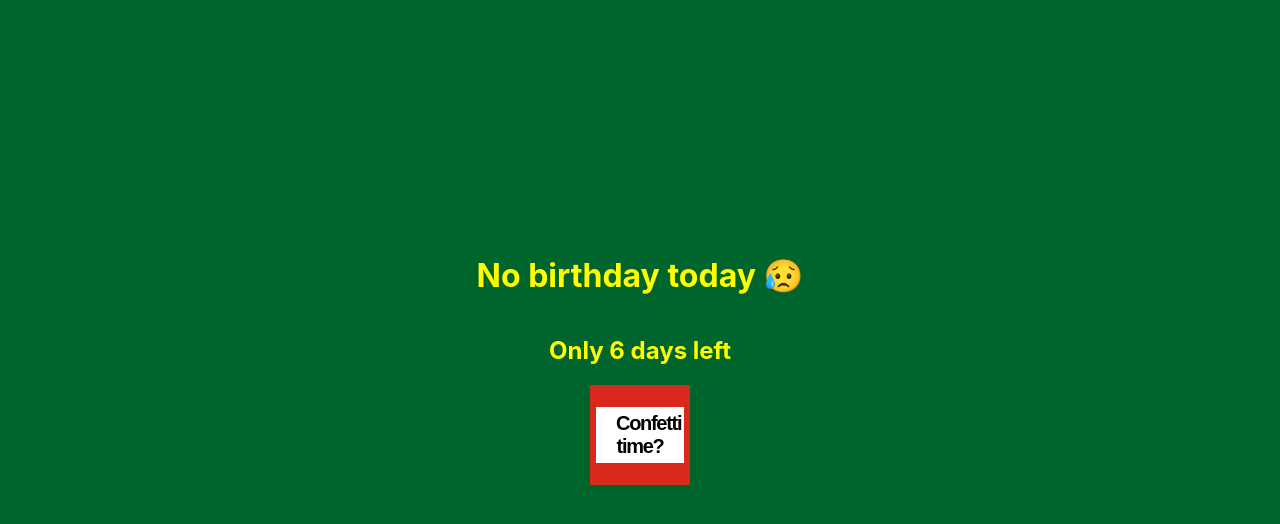
Repository: David-Waite/HannahsBirthdayWebsite
Page: /
An editor plug-in stored every save of this project. The page is shown before and after the next save, followed by the edit.
The browser window is 1280 px wide. The pictures show the whole page.
The project was rebuilt for these pictures with package versions that can differ from the ones it lists, and the page was loaded fresh each time.

Above is the page before, as saved 2023-03-30 18:24:50.

### src/index.css
body {
  margin: 0;
  font-family: -apple-system, BlinkMacSystemFont, "Segoe UI", "Roboto", "Oxygen",
    "Ubuntu", "Cantarell", "Fira Sans", "Droid Sans", "Helvetica Neue",
    sans-serif;
  -webkit-font-smoothing: antialiased;
  -moz-osx-font-smoothing: grayscale;
}

.App {
  width: 100vw;
  height: 100vh;
  display: flex;
  flex-direction: column;
  align-items: center;
  justify-content: center;
  background-color: #00642d;
  color: rgb(255, 255, 0);
}

button {
  border: none;
  height: 100px;
  width: 100px;

  background-color: #da291c;
  color: black;
  font-size: 20px;
  border-radius: 1px;
  font-weight: bold;
  letter-spacing: -1.3px;
}
button p {
  background-color: white;
  padding: 5px 20px;
}

### src/App.js
import "./App.css";

import Confetti from "react-confetti";

import { useState } from "react";

function App() {
  const [confetti, setConfetti] = useState(null);
  const [buttonText, setButtonText] = useState("Confetti time?");
  function isBirthdayToday() {
    const date = new Date();
    if (date.getMonth() === 3 && date.getDate() === 5) {
      return true;
    }
    return false;
  }

  function rainConfetti() {
    if (isBirthdayToday()) {
      setConfetti(true);
      setButtonText("Confetti time!");
    } else {
      setButtonText("no");
    }
  }

  function getDaysUntilBirthday() {
    const date = new Date();
    const hannahBday = new Date(date.getFullYear(), 3, 5);
    const hannahBdayNextYear = new Date(date.getFullYear() + 1, 3, 5);
    const oneDay = 1000 * 60 * 60 * 24;

    let daysUntilBirthday;
    if (hannahBday < date) {
      daysUntilBirthday =
        Math.ceil(hannahBdayNextYear.getTime() - date.getTime()) / oneDay;
    } else {
      daysUntilBirthday =
        Math.ceil(hannahBday.getTime() - date.getTime()) / oneDay;
    }

    return daysUntilBirthday;
  }

  // 5th april
  let birthdayText;
  if (isBirthdayToday()) {
    birthdayText = <h1>Happy birthday!🥳</h1>;
  } else {
    birthdayText = (
      <>
        <h1>No birthday today 😥</h1>
        <h2>Only {Math.ceil(getDaysUntilBirthday())} days left</h2>
      </>
    );
  }
  console.log(isBirthdayToday());
  const date = new Date();

  return (
    <div className="App">
      {confetti && <Confetti />}

      {birthdayText}
      <button onClick={rainConfetti}>
        <p>{buttonText}</p>
      </button>
    </div>
  );
}

export default App;

Loaded but not shown: public/index.html (common file); src/index.js (common file); src/reportWebVitals.js (common file); src/App.css (common file)

After the next save:
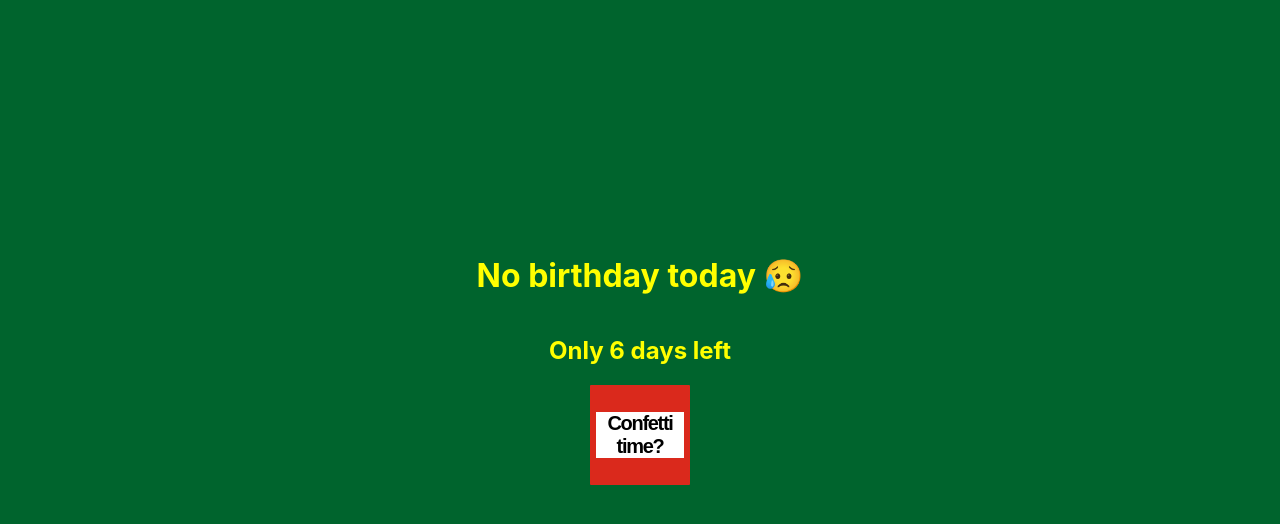
Saved 5 s later.
--- a/src/index.css
+++ b/src/index.css
@@ -32,5 +32,4 @@ button {
 }
 button p {
   background-color: white;
-  padding: 5px 20px;
 }
